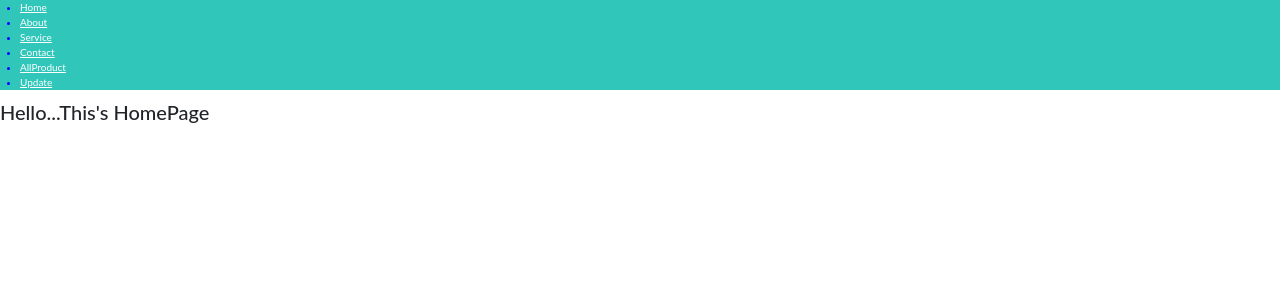
Repository: Hothidani/React
Page: / (app in exa/my-react-router-A/)
These files come from the project's save history. The page is drawn as it stood at one moment and after the next save; the edit follows.
The browser window is 1280 px wide. The pictures show the whole page.
The project was rebuilt for these pictures with package versions that can differ from the ones it lists, and the page was loaded fresh each time. Also part of the build but not shown: exa/my-react-router-A/src/component/Navigation.js, exa/my-react-router-A/src/component/About.js, exa/my-react-router-A/src/component/Service.js, exa/my-react-router-A/src/component/Contact.js, exa/my-react-router-A/src/component/AllProduct.js, exa/my-react-router-A/src/component/Add.js.

Above is the page before, as saved 2021-05-11 15:05:57.

### exa/my-react-router-A/public/index.html
<!DOCTYPE html>
<html lang="en">
  <head>
    <meta charset="utf-8" />
    <link rel="icon" href="%PUBLIC_URL%/favicon.ico" />
    <meta name="viewport" content="width=device-width, initial-scale=1" />
    <meta name="theme-color" content="#000000" />

    <meta
      name="description"
      content="Web site created using create-react-app"
    />
    <link rel="apple-touch-icon" href="%PUBLIC_URL%/logo192.png" />
    <!--
      manifest.json provides metadata used when your web app is installed on a
      user's mobile device or desktop. See https://developers.google.com/web/fundamentals/web-app-manifest/
    -->
    <link rel="manifest" href="%PUBLIC_URL%/manifest.json" />
    <link href="%PUBLIC_URL%/../../src/index.css">
    <link rel="stylesheet" href="https://maxcdn.bootstrapcdn.com/bootstrap/3.4.1/css/bootstrap.min.css">
    <script src="https://ajax.googleapis.com/ajax/libs/jquery/3.5.1/jquery.min.js"></script>
    <script src="https://maxcdn.bootstrapcdn.com/bootstrap/3.4.1/js/bootstrap.min.js"></script>
    <!--
      Notice the use of %PUBLIC_URL% in the tags above.
      It will be replaced with the URL of the `public` folder during the build.
      Only files inside the `public` folder can be referenced from the HTML.

      Unlike "/favicon.ico" or "favicon.ico", "%PUBLIC_URL%/favicon.ico" will
      work correctly both with client-side routing and a non-root public URL.
      Learn how to configure a non-root public URL by running `npm run build`.
    -->
    <title>React App</title>
  </head>
  <body>
    <noscript>You need to enable JavaScript to run this app.</noscript>
    <div id="root"></div>
    <!--
      This HTML file is a template.
      If you open it directly in the browser, you will see an empty page.

      You can add webfonts, meta tags, or analytics to this file.
      The build step will place the bundled scripts into the <body> tag.

      To begin the development, run `npm start` or `yarn start`.
      To create a production bundle, use `npm run build` or `yarn build`.
    -->
  </body>
</html>

### exa/my-react-router-A/src/index.js
import React from 'react';
import ReactDOM from 'react-dom';
import App from "./App";
// import AddForm from './App';
import reportWebVitals from './reportWebVitals';

ReactDOM.render(
  <React.StrictMode>
    <App></App>
  </React.StrictMode>,
  document.getElementById('root')
);

// If you want to start measuring performance in your app, pass a function
// to log results (for example: reportWebVitals(console.log))
// or send to an analytics endpoint. Learn more: https://bit.ly/CRA-vitals
reportWebVitals();

### exa/my-react-router-A/src/App.js
import React, { Component } from 'react';
import './App.css';
import './css.css';

import { BrowserRouter as Router, Route, NavLink, Link, Switch } from 'react-router-dom';
import Routers from './component/Routes';


const colorWord = { color: 'White' }
class App extends Component {
  render() {
    return (
      <Router>
{/* className="d-inline" */}
        <nav>
          <ul >
            <li ><Link to="/" style={colorWord}>Home</Link></li>
            <li ><Link to="/About" style={colorWord} >About</Link></li>
            <li > <Link to="/Service" style={colorWord}>Service</Link></li>
            <li > <Link to="/Contact" style={colorWord}>Contact</Link></li>
            <li > <Link to="/AllProduct" style={colorWord}>AllProduct</Link></li>
            <li > <Link to="/Update" style={colorWord}>Update</Link></li>
          </ul>
        </nav>
        <Switch>
          {this.showContentMenu(Routers)}
        </Switch>

      </Router>
    );

  }
  showContentMenu = (Routers) => {
    var result = null;
    if (Routers.length > 0) {
      result = Routers.map((route, index) => {
        return (

          <Route key={index} path={route.path} exact={route.exact} component={route.main} />
        );
      });
    }
    return result;
  }

}

export default App;

### exa/my-react-router-A/src/App.css
.App {
  text-align: center;
}

nav{
  /* display: flex;
  justify-content: space-around; */
  /* align-items: center; */
  min-height: 10vh;
  min-width: 20%;
  background: rgb(48, 199, 186);
  color:blue;
}
li{
  width: 100px;
}
/*
.nav-link{
  width: 50%;
  display: flex;
  align-items: center;
  justify-content: space-around;
  list-style: none;
  color: black;
} */



/* .row{
  display: flex;
  align-items: center;
} */

### exa/my-react-router-A/src/css.css
* {
    padding: 0;
    margin: 0;
    border: none;
    font-family: 'Lato', sans-serif;
    box-sizing: border-box;
}

html {
    background-color: white;
    text-rendering: optimizeLegibility;
}

.clearfix::after {
    content: "";
    display: table;
    clear: both;
}

.form-control {
    border-radius: 40px;
    border-top-left-radius: 40px;
    border-top-right-radius: 40px;
    border-bottom-right-radius: 40px;
    border-bottom-left-radius: 40px;
}

.content-input {
    width: 500px;
    /* background: #00FFFF; */
}

.content-input-flex {
    display: flex;
    justify-content: space-between;
}

.content-input-footer {
    font-size: 18px;
    display: flex;
    justify-content: center;
}

.footer-logo {
    display: flex;
    justify-content: center;
}

input[class=form-control] {
    background: transparent;
    -webkit-border-radius: 20px;
    -moz-border-radius: 20px;
    border-radius: 20px;
    border: 1px solid none;
    color: #BB0000;
    width: 100%;
    padding-left: 10px;
}

input[class=form-control]:focus {
    outline: none;
    background: #99FFFF;
    border: 1px solid #2da8d9;
    color: #f33838;
}

input[class=form-control]:hover {
    background: #CCFFFF;
    border: 1px solid #2da8d9;
}

.content-input-wrap {
    border-radius: 10px;
    border: rgb(120, 199, 223);
    background-color: rgba(156, 212, 210, 0.4);
    position: relative;
    color: rgba(255, 255, 255, 0.2);
    /* box-shadow: 0px 20px 20px rgb(0 0 0 / 10%), 0px 30px 26px rgb(0 0 0 / 10%); */
}

.content-input-wrap h3 {
    font-weight: 300;
    color: #2da8d9;
}

.content-input-wrap .social {
    width: 100%;
}

.content-input-wrap .social a {
    width: 100%;
    display: block;
    border: 1px solid #00FFFF;
    color: rgba(243, 75, 9, 0.2);
    background: #99CCFF;
}

.content-input-wrap .social a:hover {
    background: rgba(214, 106, 5, 0.2);
    color: rgba(255, 255, 255, 0.2);
    border-color: #00FFFF;
}

.buttonn{
    display: flex;
    justify-content: space-around;
    align-items: center;
    min-width: 5%;

}

### exa/my-react-router-A/src/component/Routes.js
import React from 'react';
import {BrowserRouter as Router, Route} from 'react-router-dom';
import Navigation from './Navigation';
import Home from './Home'
import About from './About';
import Service from './Service';
import Contact from './Contact';
import AllProduct from './AllProduct';
import Update from './AllProduct';
import Add from './Add';

const Routers = [
	{
		path : '/',
		exact : true,
		main : ()=> <Home />
	},
	{
		path : '/About',
		exact : true,
		main : ({match})=> <About match={match} />
	},
    {
		path : '/Contact',
		exact : true,
		main : ({match})=> <Contact match={match} />
	}
		,
		  {
			path : '/Service',
			exact : true,
			main : ({match})=> <Service match={match} />
		},
		{
		  path : '/AllProduct',
		  exact : true,
		  main : ({match})=> <AllProduct match={match} />
	  }
	  ,
	  {
		path : '/Add',
		exact : true,
		main : ({match})=> <Add match={match} />
	}
	,
	{
	  path : '/Update',
	  exact : true,
	  main : ({match})=> <Update match={match} />
  }


]

export default Routers

### exa/my-react-router-A/src/component/Home.js
import React, { Component } from 'react';
import PropTypes from 'prop-types';
const Home = () => <h2>Hello...This's HomePage</h2>
export default Home

Loaded but not shown: exa/my-react-router-A/src/reportWebVitals.js (common file)

After the next save:
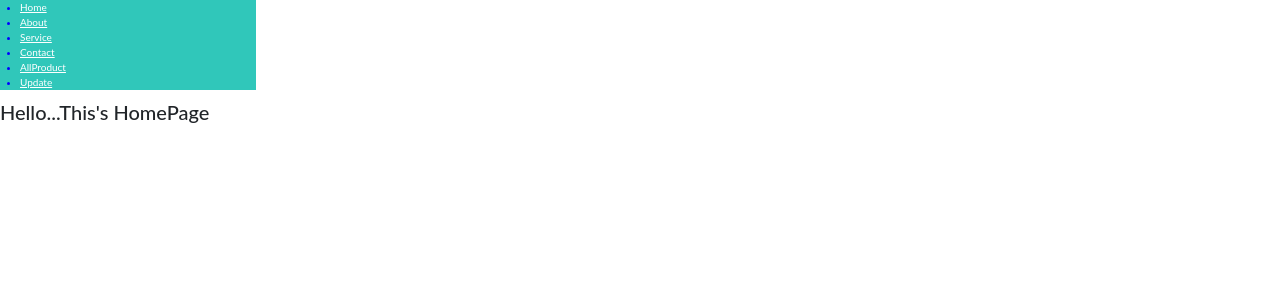
Saved 77 s later.
--- a/exa/my-react-router-A/src/App.css
+++ b/exa/my-react-router-A/src/App.css
@@ -7,7 +7,7 @@ nav{
   justify-content: space-around; */
   /* align-items: center; */
   min-height: 10vh;
-  min-width: 20%;
+  width: 20%;
   background: rgb(48, 199, 186);
   color:blue;
 }
